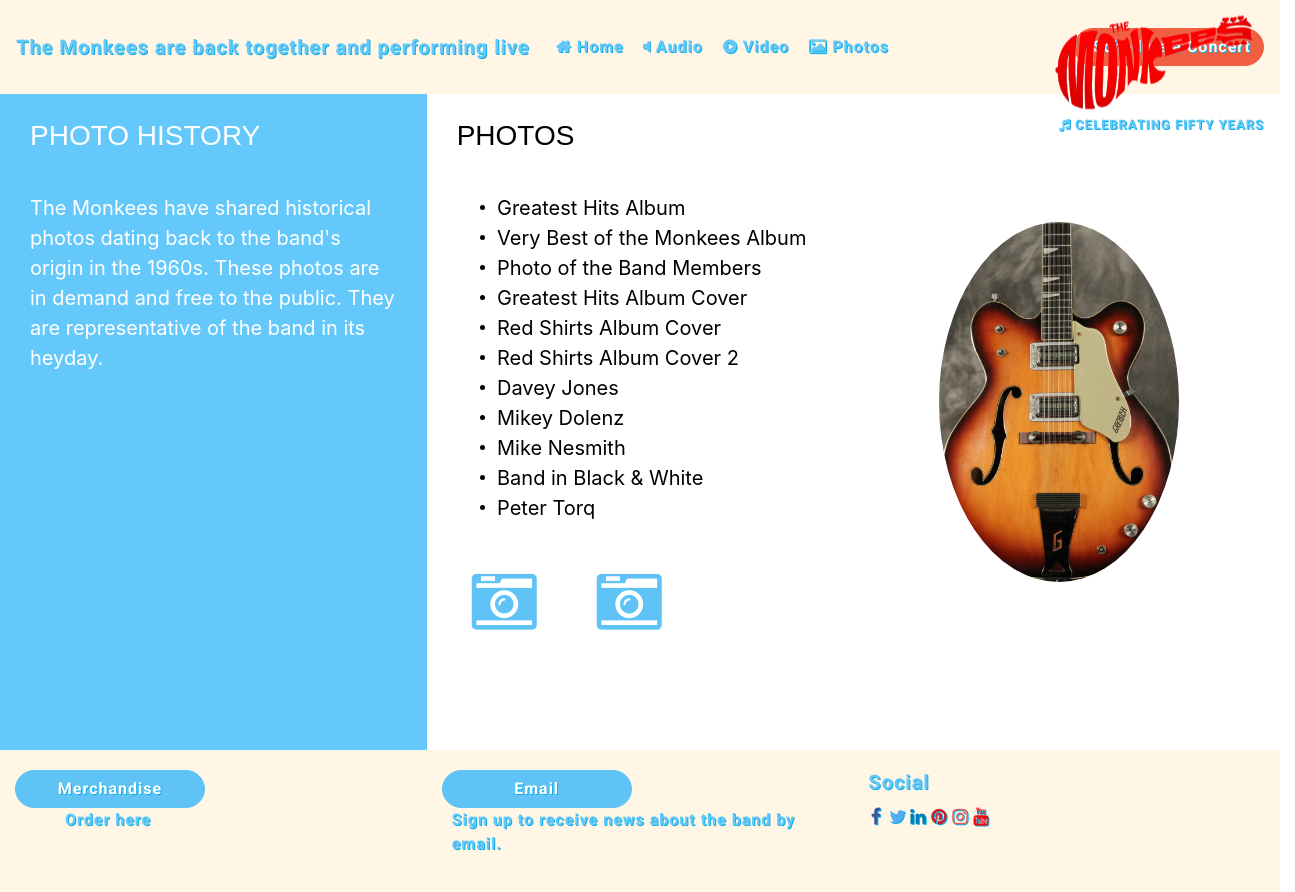
Repository: Code-Institute-Submissions/wpelizzoni-Milestone-Project-1
Page: photos.html
The author's editor kept a record of every edit. The page is drawn from the files as they stood at one moment, then again after the next edit.
The browser window is 1280 px wide. The page is 1280 px wide, then 1295 px, so the pictures cover 1295 px, including what lies to the right of the window. The pictures show the whole page.

Above is the page before.

After the next edit:
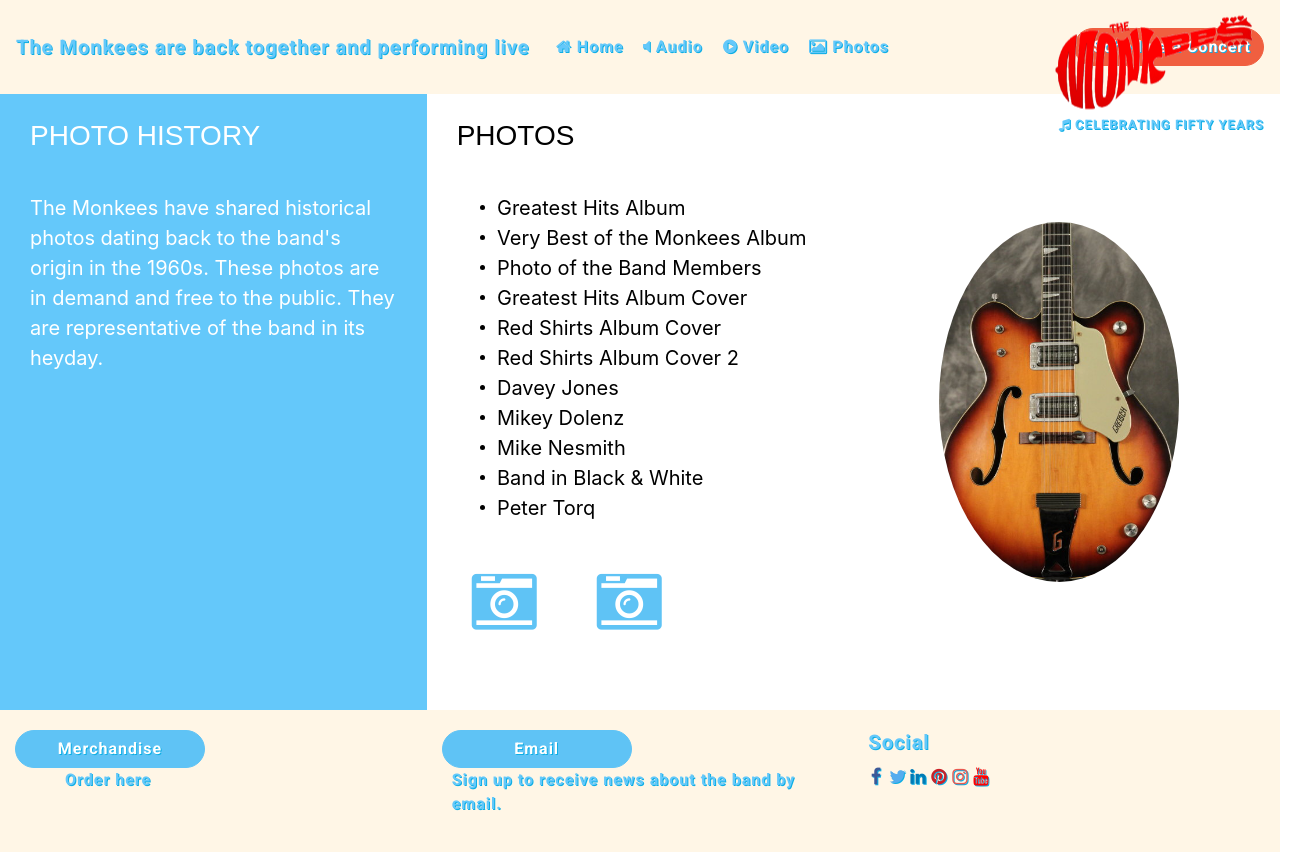
The edit:
--- a/photos.html
+++ b/photos.html
@@ -127,7 +127,7 @@
                 </div>
             </div>
 
-            <div class="col-md-4 d-none d-md-block section-column section-photo-row section-photo-column">
+            <div class="col-md-4 d-none d-md-block section-photo-row section-photo-column">
 
                 <div class="row media">
                     <div class="col-12">
